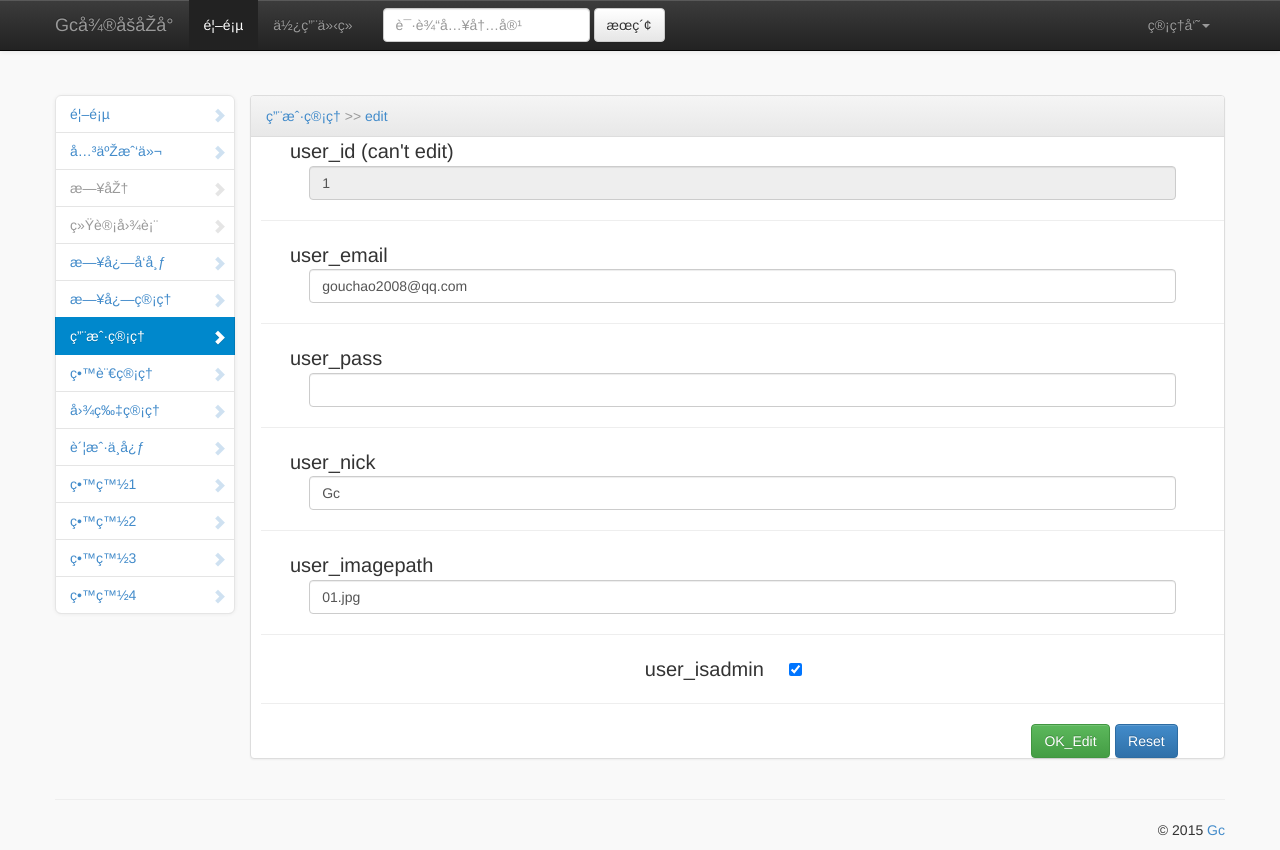
Repository: SUT-GC/myblog
Page: http://localhost/myblog/jsp/back/back_user_edit.jsp
These files come from the project's save history. The page is drawn as it stood at one moment and after the next save; the edit follows.
The browser window is 1280 px wide. The pictures show the whole page.
Some web libraries are served in a nearby version. The page is served by Tomcat 9. Other server files are loaded and not shown.

Above is the page before, as saved 2015-09-20 02:14:14.

### javaee_workspace/myblog/WebContent/jsp/back/back_user_edit.jsp
<%@ page language="java" contentType="text/html; charset=ISO-8859-1"
    pageEncoding="ISO-8859-1"%>
<!DOCTYPE html PUBLIC "-//W3C//DTD HTML 4.01 Transitional//EN" "http://www.w3.org/TR/html4/loose.dtd">
<html>
<head>
<meta http-equiv="Content-Type" content="text/html; charset=ISO-8859-1">
<title>日志管理界面</title>
        <meta http-equiv="Content-Type" content="text/html; charset=UTF-8">
        <meta name="viewport" content="width=device-width, initial-scale=1.0">

        <!-- Bootstrap -->
        <link href="css/bootstrap.min.css" rel="stylesheet" media="screen">
        <link href="css/bootstrap-theme.min.css" rel="stylesheet" media="screen">
        <link rel="stylesheet" type="text/css" href="css/back_user_edit.css">
        <!-- Bootstrap Admin Theme -->
        <link href="css/bootstrap-admin-theme.css" rel="stylesheet" media="screen">
        <link rel="stylesheet" type="text/css" href="css/back_journal_admin.css">
        <!-- Custom styles -->
        <style type="text/css">
            .buttons-title{
                margin-top: 20px
            }
            .buttons-group{
                margin-top: 10px;
            }
            .the-icons{
                margin-left: 0;
                list-style: none;
            }
            .the-icons li {
                float: left;
                width: 25%;
                line-height: 25px;
            }
        </style>

        <!-- HTML5 shim and Respond.js IE8 support of HTML5 elements and media queries -->
        <!--[if lt IE 9]>
           <script type="text/javascript" src="js/html5shiv.js"></script>
           <script type="text/javascript" src="js/respond.min.js"></script>
        <![endif]-->
</head>
<body class="bootstrap-admin-with-small-navbar">
      <nav class="navbar navbar-default navbar-inverse navbar-fixed-top " role="navigation">
     <div class="container">
       <div class="row">
          <!-- Brand and toggle get grouped for better mobile display -->
          <div class="navbar-header">
            <button type="button" class="navbar-toggle" data-toggle="collapse" data-target="#bs-example-navbar-collapse-1">
              <span class="sr-only">Toggle navigation</span>
              <span class="icon-bar"></span>
              <span class="icon-bar"></span>
              <span class="icon-bar"></span>
            </button>
            <a class="navbar-brand" href="#">Gc微博后台</a>
          </div>
          <!-- Collect the nav links, forms, and other content for toggling -->
          <div class="collapse navbar-collapse" id="bs-example-navbar-collapse-1">
            <ul class="nav navbar-nav">
              <li class="active"><a href="#">首页</a></li>
              <li ><a href="back_help.html">使用介绍</a></li>
            </ul>
            <form class="navbar-form navbar-left" role="search">
              <div class="form-group">
                <input type="text" class="form-control" placeholder="请输入内容">
              </div>
              <button type="submit" class="btn btn-default">搜索</button>
            </form>
            <ul class="nav navbar-nav navbar-right">
              <li class="dropdown">
                <a href="#" class="dropdown-toggle" data-toggle="dropdown">管理员<b class="caret"></b></a>
                <ul class="dropdown-menu">
                  <li><a href="../nav/index.html">退出登录</a></li>
                </ul>
              </li>
            </ul>
          </div><!-- /.navbar-collapse -->
          </div>
          </div>
        </nav>
        <div class="container">
            <!-- left, vertical navbar & content -->
            <div class="row">
                <!-- left, vertical navbar -->
                <div class="col-md-2 bootstrap-admin-col-left">
                     <ul class="nav navbar-collapse collapse bootstrap-admin-navbar-side">
                         <li >
                            <a href="back_index.html"><i class="glyphicon glyphicon-chevron-right"></i> 首页</a>
                        </li>
                        <li >
                            <a href="back_about.html"><i class="glyphicon glyphicon-chevron-right"></i> 关于我们</a>
                        </li>
                        <li class="disabled">
                            <a href="#"><i class="glyphicon glyphicon-chevron-right"></i> 日历</a><!-- calendar.html -->
                        </li>
                        <li class="disabled">
                            <a href="#"><i class="glyphicon glyphicon-chevron-right"></i> 统计图表</a><!-- stats.html -->
                        </li>
                        <li>
                            <a href="back_journal_release.html"><i class="glyphicon glyphicon-chevron-right"></i> 日志发布</a>
                        </li>
                        <li >
                            <a href="back_journal_admin.html"><i class="glyphicon glyphicon-chevron-right"></i> 日志管理</a>
                        </li>
                        <li class="active">
                            <a href="back_users.html"><i class="glyphicon glyphicon-chevron-right"></i> 用户管理</a>
                        </li>
                        <li>
                            <a href="back_message.html"><i class="glyphicon glyphicon-chevron-right"></i> 留言管理</a>
                        </li>
                        <li>
                            <a href="back_image.html"><i class="glyphicon glyphicon-chevron-right"></i> 图片管理</a>
                        </li>
                        <li>
                            <a href="back_admin_information.html"><i class="glyphicon glyphicon-chevron-right"></i> 账户中心</a>
                        </li>
                        <li>
                            <a href="#"><i class="glyphicon glyphicon-chevron-right"></i> 留白1</a>
                        </li>
                        <li>
                            <a href="#"><i class="glyphicon glyphicon-chevron-right"></i> 留白2</a>
                        </li>
                        <li>
                            <a href="#"><i class="glyphicon glyphicon-chevron-right"></i> 留白3</a>
                        </li>
                        <li>
                            <a href="#"><i class="glyphicon glyphicon-chevron-right"></i> 留白4</a>
                        </li>
                    </ul>
                </div>

                <!-- content start -->
                <div class="col-md-10">
                    <div class="row">
                        <div class="panel panel-default">
                            <div class="panel-heading">
                                <div class="text-muted bootstrap-admin-box-title"><a href="back_users.html">用户管理</a> >> <a href="#">edit</a></div>
                            </div>
                            <!--form start-->
                            <form>
                            <div class="user_edit">
                                <div class="user_edit_id">
                                    <span class="user_edit_id_label">user_id (can't edit)</span>
                                    <input type="text" class="form-control input_title_content " readonly value="1">
                                </div>
                                <hr/>
                                <div class="user_edit_email">
                                    <span class="user_edit_email_label">user_email</span>
                                    <input type="text" class="form-control input_title_content" value="gouchao2008@qq.com">
                                </div>
                                <hr/>
                                <div class="user_edit_pass">
                                    <span class="user_edit_pass_label">user_pass</span>
                                    <input type="text" class="form-control input_title_content" value="">
                                </div>
                                <hr/>
                                <div class="user_edit_nick">
                                    <span class="user_edit_nick_label">user_nick</span>
                                    <input type="text" class="form-control input_title_content" value="Gc">
                                </div>
                                <hr/>
                                <div class="user_edit_imagepath">
                                    <span class="user_edit_imagepath_label">user_imagepath</span>
                                    <input type="text" class="form-control input_title_content" value="01.jpg">
                                </div>
                                <hr/>
                                 <div class="user_edit_isadmin">
                                    <span class="user_edit_isadmin_label">user_isadmin</span>
                                    <input class="is_admin"type="checkbox" checked name="isadmin" value="1"/>
                                </div>
                                <hr/>
                                <div class="edit_buttons">
                                    <input type="submit" value ="OK_Edit"class="btn btn-success input_buttons_submit"/>
                                    <input type="reset" value ="Reset"class="btn btn-primary input_buttons_reset"/>
                                </div>
                            </div>
                            </form>
                            <!--form end-->
                        </div>
                    </div>
                    <!--这里填写内容-->
                </div>
                <!-- content end-->
            </div>

            <div class="row">
                <hr>
                <footer role="contentinfo">
                    <p>&copy; 2015 <a href="#" target="_blank">Gc</a></p>
                </footer>
            </div>
        </div>

        <script type="text/javascript" src="http://code.jquery.com/jquery-2.0.3.min.js"></script>
        <script type="text/javascript" src="js/bootstrap.min.js"></script>
        <script type="text/javascript" src="js/twitter-bootstrap-hover-dropdown.min.js"></script>
        <script type="text/javascript" src="vendors/datatables/js/jquery.dataTables.min.js"></script>
        <script type="text/javascript" src="js/DT_bootstrap.js"></script>
    </body>
</html>

### javaee_workspace/myblog/WebContent/jsp/back/css/back_user_edit.css
.user_edit{
	font-size: 20px;
	margin-left: 10px;
}
.input_title_content{
	width: 90%;
	margin-left: 5%;
}
.user_edit span{
	margin-left: 3%;
}
.user_edit_isadmin{
	margin-left: 38%;
}
.user_edit_isadmin_label{
	margin-right: 20px;
}
.edit_buttons{
	margin-left: 80%;
}

### javaee_workspace/myblog/WebContent/jsp/back/css/back_journal_admin.css
.center{
	width: 180px;
}
.table_head >th{
	font-size: 20px;
}
.table_content{

}

Loaded but not shown: javaee_workspace/myblog/WebContent/jsp/back/css/bootstrap.min.css (library); javaee_workspace/myblog/WebContent/jsp/back/css/bootstrap-theme.min.css (library); javaee_workspace/myblog/WebContent/jsp/back/css/bootstrap-admin-theme.css (library); javaee_workspace/myblog/WebContent/jsp/back/js/bootstrap.min.js (library); javaee_workspace/myblog/WebContent/jsp/back/js/twitter-bootstrap-hover-dropdown.min.js (common file); javaee_workspace/myblog/WebContent/jsp/back/vendors/datatables/js/jquery.dataTables.min.js (library); javaee_workspace/myblog/WebContent/jsp/back/js/DT_bootstrap.js (common file)

After the next save:
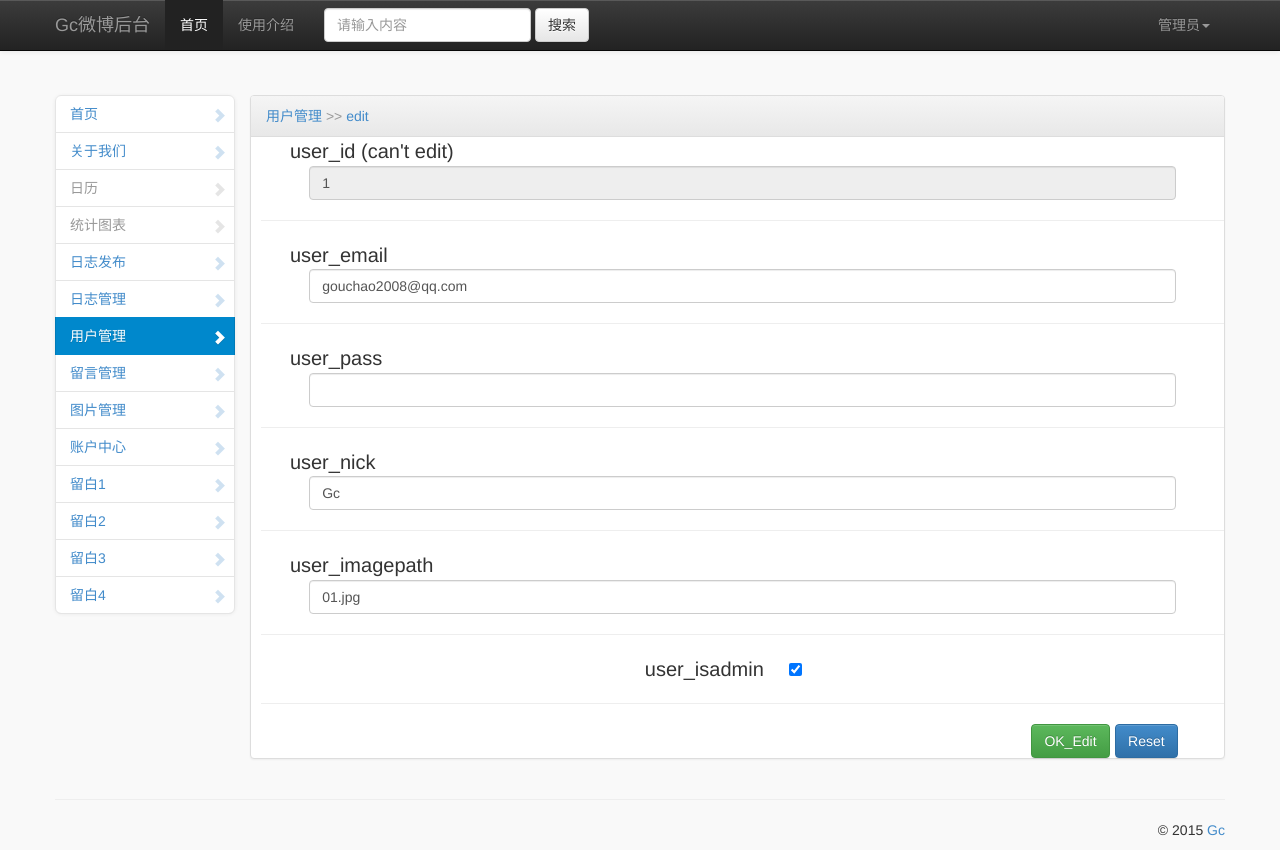
Saved 15 s later.
--- a/javaee_workspace/myblog/WebContent/jsp/back/back_user_edit.jsp
+++ b/javaee_workspace/myblog/WebContent/jsp/back/back_user_edit.jsp
@@ -1,9 +1,9 @@
-<%@ page language="java" contentType="text/html; charset=ISO-8859-1"
-    pageEncoding="ISO-8859-1"%>
+<%@ page language="java" contentType="text/html; charset=utf-8"
+    pageEncoding="utf-8"%>
 <!DOCTYPE html PUBLIC "-//W3C//DTD HTML 4.01 Transitional//EN" "http://www.w3.org/TR/html4/loose.dtd">
 <html>
 <head>
-<meta http-equiv="Content-Type" content="text/html; charset=ISO-8859-1">
+<meta http-equiv="Content-Type" content="text/html; charset=utf-8">
 <title>日志管理界面</title>
         <meta http-equiv="Content-Type" content="text/html; charset=UTF-8">
         <meta name="viewport" content="width=device-width, initial-scale=1.0">
